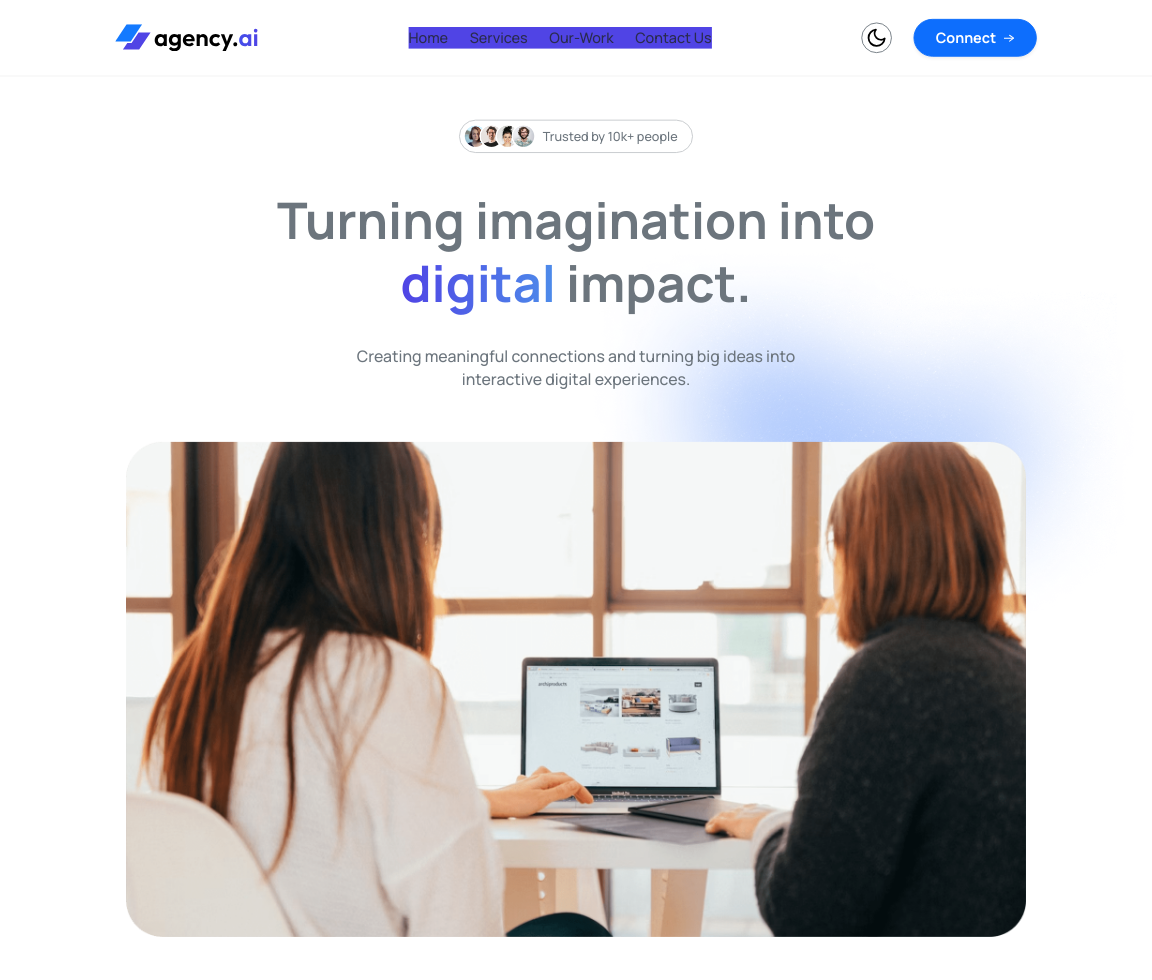
Repository: RAMADAN975/modern-agency-portfolio
Page: /
An editor plug-in stored every save of this project. The page is shown before and after the next save, followed by the edit.
The browser window is 1280 px wide. The pictures show the whole page, at 90% of full size.
The project was rebuilt for these pictures with package versions that can differ from the ones it lists, and the page was loaded fresh each time. Also part of the build but not shown: vite.config.js.

Above is the page before, as saved 2026-03-23 21:29:31.

### index.html
<!doctype html>
<html lang="en">

<head>
  <meta charset="UTF-8" />
  <link rel="icon" type="image/svg+xml" href="/favicon.svg" />
  <meta name="viewport" content="width=device-width, initial-scale=1.0" />
  <title>Agency.AI - GreatStack</title>
</head>

<body>
  <div id="root"></div>
  <script type="module" src="/src/main.jsx"></script>
</body>

</html>

### src/main.jsx
import { StrictMode } from 'react'
import { createRoot } from 'react-dom/client'
import 'bootstrap/dist/css/bootstrap.min.css';
import './index.css'
import App from './App.jsx'

createRoot(document.getElementById('root')).render(
  <StrictMode>
    <App />
  </StrictMode>,
)

### src/index.css
/* 1. الخطوط والأساسيات */
@import url('https://fonts.googleapis.com/css2?family=Josefin+Sans:wght@400;600&family=Manrope:wght@400;500;700&display=swap');

* {
  font-family: "Manrope", sans-serif;
  transition: background-color 0.3s ease, color 0.3s ease;
}

/* 2. تنسيق الـ Navbar العام */
.nav-container {
  padding-left: 5%;
  padding-right: 5%;
  height: 85px;
}

.blur-nav {
  backdrop-filter: blur(15px);
  -webkit-backdrop-filter: blur(15px);
  border-bottom: 1px solid rgba(150, 150, 150, 0.1);
}

/* ألوان الخلفية حسب الثيم (بوتستراب 5.3) */
[data-bs-theme="light"] .blur-nav {
  background-color: rgba(255, 255, 255, 0.85);
}

[data-bs-theme="dark"] .blur-nav {
  background-color: rgba(17, 24, 39, 0.85);
}

/* 3. اللوجو والروابط */
.logo-img {
  width: 8.5rem;
}

@media (min-width: 576px) {
  .logo-img {
    width: 10rem;
  }

  .nav-container {
    padding-left: 10%;
    padding-right: 10%;
  }
}

.nav-link-custom {
  font-weight: 500;
  opacity: 0.8;
  transition: 0.2s;
}

.nav-link-custom:hover {
  opacity: 1;
  color: #5044E5 !important;
}

/* 4. القائمة الجانبية للموبايل (Mobile Sidebar) */
@media (max-width: 575.98px) {
  .mobile-sidebar {
    position: fixed;
    top: 0;
    bottom: 0;
    right: 0;
    height: 100vh;
    z-index: 1050;
    background-color: #5044E5;
    /* لون الـ Primary */
    color: white !important;
    transition: width 0.4s cubic-bezier(0.4, 0, 0.2, 1);
    display: flex;
    flex-direction: column;
    padding-top: 6rem;
  }

  .sidebar-closed {
    width: 0;
    overflow: hidden;
    opacity: 0;
  }

  .sidebar-open {
    width: 260px;
    padding-left: 2.5rem;
    opacity: 1;
  }

  .mobile-sidebar a {
    color: white !important;
    font-size: 1.2rem;
  }
}

/* هذا الكلاس هو المسؤول عن تلوين الكلمة */
.text-gradient {
  /* التدرج اللوني من البنفسجي/الأزرق إلى الأزرق الفاتح */
  background: linear-gradient(to right, #5044E5, #4d8cea);

  /* هذه الأسطر هي التي تجعل اللون يظهر "داخل" الحروف فقط */
  -webkit-background-clip: text;
  -webkit-text-fill-color: transparent;
  background-clip: text;

  display: inline-block;
  /* لضمان عمل التدرج بشكل صحيح */
}

### src/App.jsx
import React, { useState } from 'react'
import Navbar from './Components/navbar'
import Hero from './Components/Hero'

const App = () => {

  const [theme, setTheme] = useState(localStorage.getItem('theme') ? localStorage.getItem('theme') : 'light')

  return (
    <div className='dark:bg-black relative'>
      <Navbar theme={theme} setTheme={setTheme} />
      <Hero />
    </div>
  )
}

export default App

### src/Components/navbar.jsx
import { useState } from 'react'
import assets from '../assets/assets'
import ThemeToggleBtn from './ThemeToggleBtn'

const Navbar = ({ theme, setTheme }) => {
    const [sidebarOpen, setSidebarOpen] = useState(false)

    return (
        <nav className="d-flex justify-content-between align-items-center w-100 sticky-top z-3 blur-nav nav-container">

            {/* اللوجو */}
            <img
                src={theme === 'dark' ? assets.logo_dark : assets.logo}
                className="logo-img"
                alt="Logo"
            />

            {/* القائمة (الروابط) - تتحول لـ Sidebar في الموبايل */}
            <div className={`d-flex flex-column flex-sm-row gap-3 gap-sm-4 align-items-sm-center mobile-sidebar ${!sidebarOpen ? 'sidebar-closed' : 'sidebar-open'}`}>

                {/* زر الإغلاق في الموبايل فقط */}
                <img
                    src={assets.close_icon}
                    alt="close"
                    className="d-sm-none position-absolute"
                    style={{ width: '20px', right: '20px', top: '20px', cursor: 'pointer' }}
                    onClick={() => setSidebarOpen(false)}
                />

                <a onClick={() => setSidebarOpen(false)} href="#" className="text-decoration-none text-reset nav-link-custom">Home</a>
                <a onClick={() => setSidebarOpen(false)} href="#services" className="text-decoration-none text-reset nav-link-custom">Services</a>
                <a onClick={() => setSidebarOpen(false)} href="#our-work" className="text-decoration-none text-reset nav-link-custom">Our-Work</a>
                <a onClick={() => setSidebarOpen(false)} href="#contact-us" className="text-decoration-none text-reset nav-link-custom">Contact Us</a>
            </div>

            {/* الأزرار اليمنى (Toggle + Connect) */}
            <div className="d-flex align-items-center gap-2 gap-sm-4">
                <ThemeToggleBtn theme={theme} setTheme={setTheme} />

                {/* أيقونة المنيو للموبايل */}
                <img
                    src={theme === 'dark' ? assets.menu_icon_dark : assets.menu_icon}
                    alt="menu"
                    onClick={() => setSidebarOpen(true)}
                    className="d-sm-none"
                    style={{ width: '30px', cursor: 'pointer' }}
                />

                <a href="#contact-us" className="btn btn-primary rounded-pill d-none d-sm-flex align-items-center gap-2 px-4 py-2 shadow-sm fw-bold">
                    Connect <img src={assets.arrow_icon} width={12} alt="" />
                </a>
            </div>
        </nav>
    )
}

export default Navbar

### src/Components/Hero.jsx
import React from 'react'
import assets from '../assets/assets'

const Hero = () => {
    return (
        // تم استخدام d-flex flex-column للترتيب، و py-5 للمسافات
        <div id='hero' className="d-flex flex-column align-items-center gap-4 py-5 px-3 text-center w-100 overflow-hidden text-secondary">

            {/* الشارة العليا - Trusted Badge */}
            <div className="d-inline-flex align-items-center gap-2 border border-secondary-subtle p-1 pe-3 rounded-pill bg-body">
                <img style={{ width: '80px' }} src={assets.group_profile} alt="" />
                <p className="mb-0 small fw-medium">Trusted by 10k+ people</p>
            </div>

            {/* العنوان الرئيسي - Heading */}
            <h1 className="display-4 fw-bold lh-sm mt-3" style={{ maxWidth: '800px' }}>
                Turning imagination into <br />
                <span className="text-gradient">digital</span> impact.
            </h1>

            {/* الوصف - Description */}
            <p className="text-secondary fw-medium mx-auto pb-3" style={{ maxWidth: '500px', fontSize: '1.1rem' }}>
                Creating meaningful connections and turning big ideas into interactive digital experiences.
            </p>

            {/* منطقة الصور - Image Section */}
            <div className="position-relative w-100 d-flex justify-content-center">
                {/* الصورة الأساسية */}
                <img src={assets.hero_img} alt="Hero" className="img-fluid position-relative z-1" style={{ maxWidth: '1000px' }} />

                {/* الصورة الزرقاء (الخلفية) - تم استخدام اختصارات الموضع */}
                <img
                    src={assets.bgImage1}
                    alt=""
                    className="position-absolute top-0 end-0 translate-middle-y z-n1 d-none d-md-block"
                    style={{ width: '50%', opacity: 0.6, right: '-10%', pointerEvents: 'none' }}
                />
            </div>

        </div>
    )
}

export default Hero

### src/assets/assets.js
import logo from './logo.svg'
import arrow_icon from './arrow_icon.svg'
import group_profile from './group_profile.png'
import bgImage1 from './bgImage1.png'
import bgImage2 from './bgImage2.png'
import hero_img from './hero_img.png'
import microsoft_logo from './microsoft_logo.png'
import zoom_logo from './zoom_logo.png'
import rakuten_logo from './rakuten_logo.png'
import coinbase_logo from './coinbase_logo.png'
import ads_icon from './ads_icon.svg'
import content_icon from './content_icon.svg'
import marketing_icon from './marketing_icon.svg'
import social_icon from './social_icon.svg'
import menu_icon from './menu_icon.svg'
import close_icon from './close_icon.svg'
import work_mobile_app from './work_mobile_app.png'
import work_fitness_app from './work_fitness_app.png'
import work_dashboard_management from './work_dashboard_management.png'
import email_icon from './email_icon.svg'
import person_icon from './person_icon.svg'
import facebook_icon from './facebook_icon.svg'
import twitter_icon from './twitter_icon.svg'
import instagram_icon from './instagram_icon.svg'
import linkedin_icon from './linkedin_icon.svg'
import logo_dark from './logo_dark.svg'
import airbnb_logo from './airbnb_logo.svg'
import google_logo from './google_logo.svg'
import menu_icon_dark from './menu_icon_dark.svg'
import sun_icon from './sun_icon.svg'
import moon_icon from './moon_icon.svg'


export const company_logos = [
  microsoft_logo,
  zoom_logo,
  rakuten_logo,
  coinbase_logo,
  airbnb_logo,
  google_logo,
]

const assets = {
  logo,
  arrow_icon,
  group_profile,
  bgImage1,
  bgImage2,
  hero_img,
  ads_icon,
  content_icon,
  marketing_icon,
  social_icon,
  menu_icon,
  close_icon,
  work_mobile_app,
  work_fitness_app,
  work_dashboard_management,
  email_icon,
  person_icon,
  facebook_icon,
  twitter_icon,
  instagram_icon,
  linkedin_icon,
  logo_dark,
  menu_icon_dark,
  sun_icon,
  moon_icon
}

export default assets

export const teamData = [
  { name: 'Haley Carter', title: 'CEO & founder', image: 'https://images.unsplash.com/photo-1633332755192-727a05c4013d?q=80&w=200' },
  { name: 'James Walker', title: 'Ads manager', image: 'https://images.unsplash.com/photo-1535713875002-d1d0cf377fde?q=80&w=200' },
  { name: 'Jessica Morgan', title: 'Vice president', image: 'https://images.unsplash.com/photo-1438761681033-6461ffad8d80?q=80&w=200&h=200&auto=format&fit=crop' },
  { name: 'Ashley Bennett', title: 'Marketing & sales', image: 'https://randomuser.me/api/portraits/women/10.jpg' },
  { name: 'Emily Parker', title: 'Content marketer', image: 'https://randomuser.me/api/portraits/women/11.jpg' },
  { name: 'Ryan Mitchell', title: 'Content writer', image: 'https://randomuser.me/api/portraits/men/9.jpg' },
  { name: 'Megan Brooks', title: 'Performance manager', image: 'https://randomuser.me/api/portraits/women/12.jpg' },
  { name: 'Amber Foster', title: 'Senior writer', image: 'https://randomuser.me/api/portraits/women/14.jpg' },
]

### src/Components/ThemeToggleBtn.jsx
import { useEffect } from 'react'
import assets from '../assets/assets'

const ThemeToggleBtn = ({ theme, setTheme }) => {

    useEffect(() => {
        // التحقق من التفضيل المحفوظ أو تفضيل النظام
        const savedTheme = localStorage.getItem('theme');
        const prefersDarkMode = window.matchMedia('(prefers-color-scheme: dark)').matches;

        const initialTheme = savedTheme || (prefersDarkMode ? 'dark' : 'light');
        setTheme(initialTheme);
    }, []);

    useEffect(() => {
        if (theme) {
            // بوتستراب v5.3 يعتمد على سمة data-bs-theme بدلاً من كلاس dark
            document.documentElement.setAttribute('data-bs-theme', theme);

            // للحفاظ على التوافق مع أي تنسيقات قديمة تعتمد على الكلاس
            if (theme === 'dark') {
                document.documentElement.classList.add('dark');
            } else {
                document.documentElement.classList.remove('dark');
            }

            localStorage.setItem('theme', theme);
        }
    }, [theme]);

    return (
        <button className="btn p-0 border-0 shadow-none" type="button">
            {theme === 'dark' ? (
                <img
                    onClick={() => setTheme('light')}
                    src={assets.sun_icon}
                    className="border border-secondary rounded-circle p-1"
                    style={{ width: '34px', height: '34px', objectFit: 'contain' }}
                    alt="Light Mode"
                />
            ) : (
                <img
                    onClick={() => setTheme('dark')}
                    src={assets.moon_icon}
                    className="border border-secondary rounded-circle p-1"
                    style={{ width: '34px', height: '34px', objectFit: 'contain' }}
                    alt="Dark Mode"
                />
            )}
        </button>
    )
}

export default ThemeToggleBtn;

After the next save:
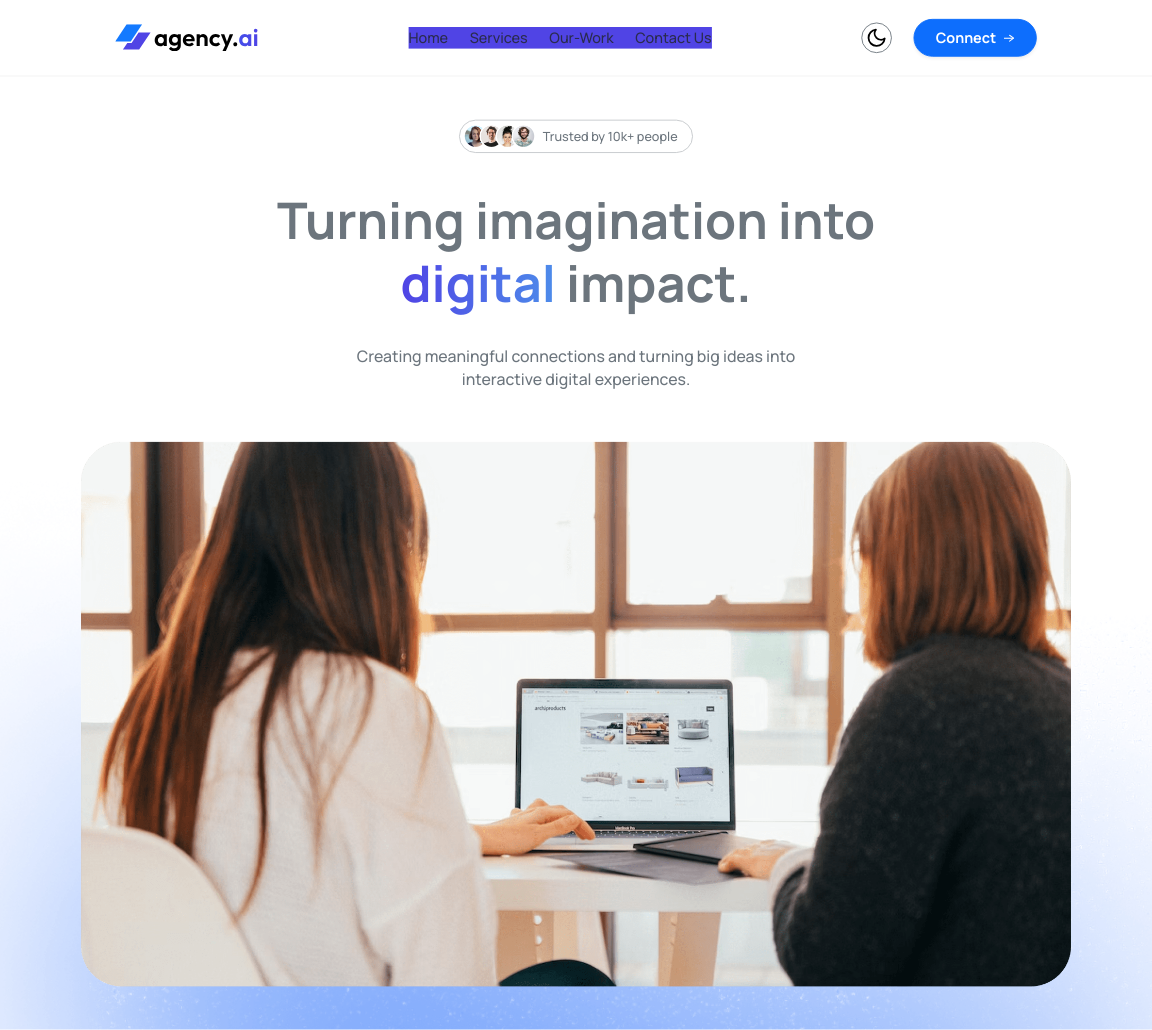
Saved 3 min 48 s later.
--- a/src/Components/Hero.jsx
+++ b/src/Components/Hero.jsx
@@ -23,17 +23,15 @@
                 Creating meaningful connections and turning big ideas into interactive digital experiences.
             </p>
 
-            {/* منطقة الصور - Image Section */}
             <div className="position-relative w-100 d-flex justify-content-center">
-                {/* الصورة الأساسية */}
-                <img src={assets.hero_img} alt="Hero" className="img-fluid position-relative z-1" style={{ maxWidth: '1000px' }} />
+                {/* الصورة الأساسية تبقى دائماً */}
+                <img src={assets.hero_img} alt="Hero" className="img-fluid z-1" style={{ maxWidth: '1100px' }} />
 
-                {/* الصورة الزرقاء (الخلفية) - تم استخدام اختصارات الموضع */}
+                {/* الصورة الزرقاء تختفي في الوضع الليلي بفضل كلاس d-dark-none */}
                 <img
                     src={assets.bgImage1}
                     alt=""
-                    className="position-absolute top-0 end-0 translate-middle-y z-n1 d-none d-md-block"
-                    style={{ width: '50%', opacity: 0.6, right: '-10%', pointerEvents: 'none' }}
+                    className="position-absolute hero-bg-decor d-dark-none"
                 />
             </div>
 
